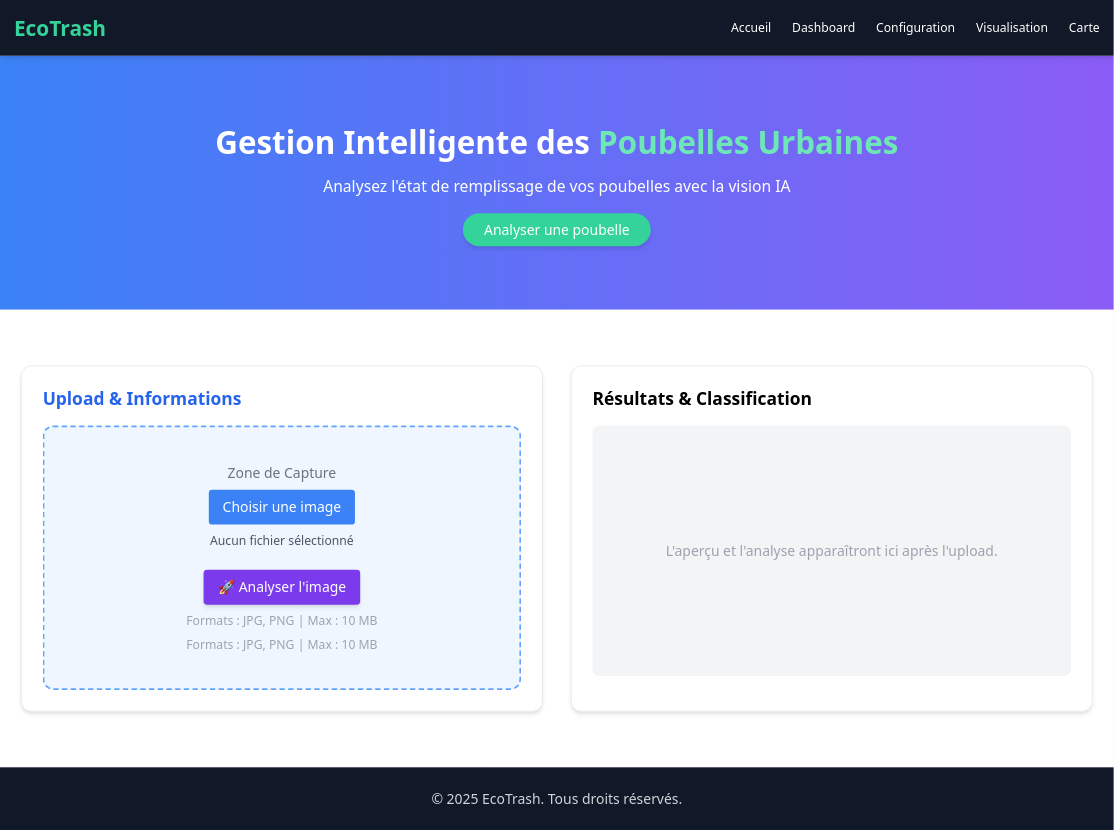
Repository: BaptGBM/MASTERCAMP
Page: http://localhost/
An editor plug-in stored every save of this project. The page is shown before and after the next save, followed by the edit.
The browser window is 1280 px wide. The pictures show the whole page, at 87% of full size.
The page is served by the project's application, run on Flask 3 (app.py). Other server files are loaded and not shown. Queries for data that is not in the repository find no rows.

Above is the page before, as saved 2025-07-08 22:59:11.

### templates/index.html
<!DOCTYPE html>
<html lang="fr">
<head>
  <meta charset="UTF-8" />
  <meta name="viewport" content="width=device-width, initial-scale=1.0" />
  <title>EcoTrash - Analyse des Poubelles</title>
  <link href="https://cdn.jsdelivr.net/npm/tailwindcss@2.2.19/dist/tailwind.min.css" rel="stylesheet">
  <style>
    body {
      scroll-behavior: smooth;
    }
    ::file-selector-button {
      display: none;
    }
  </style>
</head>
<body class="bg-gradient-to-br from-blue-100 to-purple-100 font-sans">
  <!-- HEADER -->
  <header class="bg-gray-900 text-white py-4 shadow-md sticky top-0 z-50">
    <div class="container mx-auto px-4 flex justify-between items-center">
      <h1 class="text-2xl font-bold text-green-400">EcoTrash</h1>
      <nav>
        <ul class="flex gap-6 text-sm">
          <li><a href="{{ url_for('index') }}" class="hover:underline">Accueil</a></li>
          <a href="{{ url_for('dashboard') }}" class="hover:underline">Dashboard</a>
          <li><a href="{{ url_for('config') }}" class="hover:underline">Configuration</a></li>
          <li><a href="{{ url_for('visualisation') }}" class="hover:underline">Visualisation</a></li>
          <li><a href="{{ url_for('map_view') }}" class="hover:underline">Carte</a></li>
        </ul>
      </nav>
    </div>
  </header>

  <!-- HERO ACCUEIL -->
  <section id="accueil" class="py-20 text-center bg-gradient-to-r from-blue-500 to-purple-500 text-white">
    <h2 class="text-4xl font-bold mb-4">Gestion Intelligente des <span class="text-green-300">Poubelles Urbaines</span></h2>
    <p class="text-lg mb-6">Analysez l'état de remplissage de vos poubelles avec la vision IA</p>
    <a href="#upload" class="bg-green-400 text-white px-6 py-2 rounded-full shadow-md hover:bg-green-500 transition">Analyser une poubelle</a>
  </section>

  <!-- ZONE D'UPLOAD ET RÉSULTATS IA -->
  <section id="upload" class="py-16 bg-white">
    <div class="container mx-auto px-6 grid grid-cols-1 md:grid-cols-2 gap-8">
      <!-- Zone de capture -->
      <div class="p-6 border rounded-xl shadow-md">
        <h3 class="text-xl font-semibold mb-4 text-blue-600">Upload & Informations</h3>
        <form action="/" method="POST" enctype="multipart/form-data" onsubmit="return validateLocation();">
            <div class="border-dashed border-2 border-blue-400 rounded-xl p-10 text-center bg-blue-50">
              <p class="mb-2 text-gray-500">Zone de Capture</p>

              <!-- Champ input invisible avec onchange -->
              <input
                type="file"
                name="image"
                id="imageInput"
                accept="image/*"
                required
                class="hidden"
                onchange="updateFileName(this)">

              <!-- Bouton qui déclenche le champ input -->
              <button
                type="button"
                onclick="document.getElementById('imageInput').click();"
                class="bg-blue-500 hover:bg-blue-600 text-white py-2 px-4 rounded mb-2">
                Choisir une image
              </button>

              <!-- Affichage du nom de fichier -->
              <p id="fileName" class="text-sm text-gray-600 mb-4">Aucun fichier sélectionné</p>

              <!-- Carte interactive pour la localisation -->
              <div id="mapContainer" class="my-4 hidden">
                <label class="block text-gray-600 mb-2">Localisation de la poubelle :</label>
                <div id="map" style="height: 300px; border-radius: 12px;"></div>
                <input type="hidden" name="latitude" id="latitudeInput">
                <input type="hidden" name="longitude" id="longitudeInput">
                <p class="text-xs text-gray-400 mt-2">Cliquez sur la carte pour positionner la poubelle.</p>
              </div>

              <!-- Annotation manuelle -->
<div id="annotationChoice" class="hidden mt-4">
    <p class="text-sm text-gray-600 mb-2">Annotation manuelle (optionnelle) :</p>
    <div class="flex flex-wrap gap-4 justify-center mb-6">
        <button type="button" onclick="setAnnotation('pleine')" class="px-4 py-2 bg-red-500 text-white rounded hover:bg-red-600">Pleine</button>
        <button type="button" onclick="setAnnotation('vide')" class="px-4 py-2 bg-green-500 text-white rounded hover:bg-green-600">Vide</button>
        <button type="button" onclick="clearAnnotation()" class="px-4 py-2 bg-purple-500 text-white rounded hover:bg-purple-600">Réinitialiser (IA)</button>
      </div>

  </div>

  <!-- Champ caché pour envoyer l'annotation -->
  <input type="hidden" name="annotation_manual" id="annotationManualInput">

  <!-- Bouton de soumission -->
  <div class="mt-6">
    <button type="submit" class="bg-purple-600 hover:bg-purple-700 text-white py-2 px-4 rounded shadow-md transition">
      🚀 Analyser l'image
    </button>
  </div>

  <p class="text-sm text-gray-400 mt-2">Formats : JPG, PNG | Max : 10 MB</p>


              <p class="text-sm text-gray-400 mt-2">Formats : JPG, PNG | Max : 10 MB</p>
            </div>
          </form>

      </div>

      <div class="p-6 border rounded-xl shadow-md">
        <h3 class="text-xl font-semibold mb-4 text-cyan-600">Résultats & Classification</h3>

        {% if last_image %}
          <div class="space-y-4">
            <img src="{{ url_for('static', filename='uploads/' + last_image.filename) }}" alt="Poubelle" class="w-full rounded shadow-md max-h-64 object-contain">

            <div class="text-sm">
              <p><strong>Nom du fichier :</strong> {{ last_image.filename }}</p>
              <p><strong>Taille :</strong> {{ last_image.file_size }} Ko</p>
              <p><strong>Dimensions :</strong> {{ last_image.width }} x {{ last_image.height }}</p>
              <p><strong>Remplissage estimé :</strong>
                <span class="px-2 py-1 rounded text-white {% if last_image.annotation == 'pleine' %} bg-red-500 {% else %} bg-green-500 {% endif %}">
                  {{ last_image.annotation | capitalize }}
                </span>
              </p>
              <p><strong>Score de confiance :</strong> {{ (last_image.score * 100) | round(1) if last_image.score else 'N/A' }} %</p>
            </div>
          </div>
        {% else %}
          <div class="bg-gray-100 h-72 flex items-center justify-center text-gray-400 rounded-lg">
            <p>L'aperçu et l'analyse apparaîtront ici après l'upload.</p>
          </div>
        {% endif %}
      </div>

  </section>

  <!-- FOOTER -->
  <footer class="bg-gray-900 text-gray-300 py-6 text-center">
    <p>&copy; 2025 EcoTrash. Tous droits réservés.</p>
  </footer>
  <script>
    function clearAnnotation() {
  document.getElementById("annotationManualInput").value = "";

  // Retire l'effet visuel des boutons
  const buttons = document.querySelectorAll("#annotationChoice button");
  buttons.forEach(btn => btn.classList.remove("ring", "ring-4", "ring-offset-2"));
}

    function updateFileName(input) {
      const fileNameDisplay = document.getElementById('fileName');
      const annotationBox = document.getElementById('annotationChoice');
      const mapContainer = document.getElementById('mapContainer');
      if (input.files.length > 0) {
        fileNameDisplay.textContent = "Fichier sélectionné : " + input.files[0].name;
        annotationBox.classList.remove("hidden");
        mapContainer.classList.remove("hidden");
        setTimeout(initMap, 100); // Initialise la carte après affichage
      } else {
        fileNameDisplay.textContent = "Aucun fichier sélectionné";
        annotationBox.classList.add("hidden");
        mapContainer.classList.add("hidden");
      }
    }

    function setAnnotation(value) {
      document.getElementById("annotationManualInput").value = value;

      // Effet visuel : rendre le bouton sélectionné plus visible
      const buttons = document.querySelectorAll("#annotationChoice button");
      buttons.forEach(btn => btn.classList.remove("ring", "ring-4", "ring-offset-2"));

      const selected = Array.from(buttons).find(b => b.textContent.toLowerCase() === value);
      if (selected) {
        selected.classList.add("ring", "ring-4", "ring-offset-2");
      }
    }

    // --- Leaflet.js ---
    let map, marker;
    function initMap() {
      if (map) {
        map.remove();
      }
      // Si coordonnées fournies, centrer la carte dessus
      var defaultLat = {{ last_lat if last_lat is not none else 48.8566 }};
      var defaultLon = {{ last_lon if last_lon is not none else 2.3522 }};
      var hasDefault = {{ 'true' if last_lat and last_lon else 'false' }};
      map = L.map('map').setView([defaultLat, defaultLon], hasDefault ? 16 : 12);
      L.tileLayer('https://{s}.tile.openstreetmap.org/{z}/{x}/{y}.png', {
        attribution: '© OpenStreetMap',
        maxZoom: 19,
      }).addTo(map);

      // Ajout des poubelles existantes
      {% for img in images %}
        {% if img.latitude and img.longitude %}
          L.circleMarker([
            {{ img.latitude }},
            {{ img.longitude }}
          ], {
            color: '{{ "red" if img.annotation == "pleine" else "green" }}',
            radius: 8,
            fillOpacity: 0.8
          }).addTo(map).bindPopup(`{{ img.filename }}<br><span style='color:{{ "red" if img.annotation == "pleine" else "green" }}'>{{ img.annotation|capitalize }}</span>`);
        {% endif %}
      {% endfor %}

      // Si coordonnées fournies, placer le marqueur automatiquement
      if (hasDefault) {
        marker = L.marker([defaultLat, defaultLon], {draggable: true}).addTo(map);
        document.getElementById('latitudeInput').value = defaultLat;
        document.getElementById('longitudeInput').value = defaultLon;
        marker.on('dragend', function(ev) {
          const pos = ev.target.getLatLng();
          document.getElementById('latitudeInput').value = pos.lat;
          document.getElementById('longitudeInput').value = pos.lng;
        });
      }
      // Clic sur la carte pour placer ou déplacer le marqueur
      map.on('click', function(e) {
        const { lat, lng } = e.latlng;
        if (marker) {
          marker.setLatLng([lat, lng]);
        } else {
          marker = L.marker([lat, lng], {draggable: true}).addTo(map);
        }
        document.getElementById('latitudeInput').value = lat;
        document.getElementById('longitudeInput').value = lng;
        marker.on('dragend', function(ev) {
          const pos = ev.target.getLatLng();
          document.getElementById('latitudeInput').value = pos.lat;
          document.getElementById('longitudeInput').value = pos.lng;
        });
      });
    }

    function validateLocation() {
      const lat = document.getElementById('latitudeInput').value;
      const lon = document.getElementById('longitudeInput').value;
      if (!lat || !lon) {
        alert('Merci de positionner la poubelle sur la carte avant de valider.');
        // Optionnel : mettre la carte en surbrillance
        document.getElementById('map').style.boxShadow = '0 0 0 4px #f87171';
        setTimeout(() => {
          document.getElementById('map').style.boxShadow = '';
        }, 1500);
        return false;
      }
      return true;
    }
  </script>
  <link rel="stylesheet" href="https://unpkg.com/leaflet@1.9.4/dist/leaflet.css" />
  <script src="https://unpkg.com/leaflet@1.9.4/dist/leaflet.js"></script>
</body>
</html>

### static/style.css
/* Police Apple - SF Pro Display pour un design Apple */

/* Variables CSS pour la palette écologique moderne */
:root {
  /* Couleurs principales - palette écologique */
  --primary-green: #059669;      /* Vert émeraude principal */
  --primary-green-light: #10b981; /* Vert émeraude clair */
  --primary-green-dark: #047857;  /* Vert émeraude foncé */

  /* Couleurs secondaires - tons naturels */
  --secondary-blue: #0ea5e9;     /* Bleu ciel */
  --secondary-blue-light: #38bdf8; /* Bleu ciel clair */
  --secondary-blue-dark: #0284c7;  /* Bleu ciel foncé */

  /* Couleurs d'accent - terre et nature */
  --accent-orange: #f59e0b;      /* Orange terre */
  --accent-brown: #92400e;       /* Brun terre */
  --accent-sage: #6b7280;        /* Gris sauge */

  /* Couleurs de statut */
  --success-green: #22c55e;      /* Vert succès */
  --warning-amber: #f59e0b;      /* Ambre avertissement */
  --error-red: #ef4444;          /* Rouge erreur */

  /* Couleurs neutres modernes */
  --neutral-50: #fafaf9;
  --neutral-100: #f5f5f4;
  --neutral-200: #e7e5e4;
  --neutral-300: #d6d3d1;
  --neutral-400: #a8a29e;
  --neutral-500: #78716c;
  --neutral-600: #57534e;
  --neutral-700: #44403c;
  --neutral-800: #292524;
  --neutral-900: #1c1917;

  /* Gradients écologiques */
  --gradient-primary: linear-gradient(135deg, var(--primary-green) 0%, var(--secondary-blue) 100%);
  --gradient-secondary: linear-gradient(135deg, var(--neutral-50) 0%, var(--neutral-100) 100%);
  --gradient-hero: linear-gradient(135deg, var(--primary-green) 0%, var(--secondary-blue) 50%, var(--accent-orange) 100%);

  /* Ombres modernes */
  --shadow-sm: 0 1px 2px 0 rgba(0, 0, 0, 0.05);
  --shadow-md: 0 4px 6px -1px rgba(0, 0, 0, 0.1), 0 2px 4px -1px rgba(0, 0, 0, 0.06);
  --shadow-lg: 0 10px 15px -3px rgba(0, 0, 0, 0.1), 0 4px 6px -2px rgba(0, 0, 0, 0.05);
  --shadow-xl: 0 20px 25px -5px rgba(0, 0, 0, 0.1), 0 10px 10px -5px rgba(0, 0, 0, 0.04);

  /* Rayons de bordure */
  --radius-sm: 0.375rem;
  --radius-md: 0.5rem;
  --radius-lg: 0.75rem;
  --radius-xl: 1rem;
  --radius-2xl: 1.5rem;
}

/* Application de la police Barlow */
@import url('https://fonts.googleapis.com/css2?family=Barlow:wght@300;400;500;600;700&display=swap');

* {
  font-family: 'Barlow', -apple-system, BlinkMacSystemFont, 'Segoe UI', Roboto, sans-serif !important;
  font-feature-settings: 'kern' 1, 'liga' 1;
  text-rendering: optimizeLegibility;
  -webkit-font-smoothing: antialiased;
  -moz-osx-font-smoothing: grayscale;
}

/* Force Barlow sur tous les éléments */
body, html, h1, h2, h3, h4, h5, h6, p, span, div, a, button, input, select, textarea, label, th, td, li, ul, ol {
  font-family: 'Barlow', -apple-system, BlinkMacSystemFont, 'Segoe UI', Roboto, sans-serif !important;
}

/* Surcharge spécifique pour Tailwind CSS */
.text-xs, .text-sm, .text-base, .text-lg, .text-xl, .text-2xl, .text-3xl, .text-4xl, .text-5xl, .text-6xl {
  font-family: 'Barlow', -apple-system, BlinkMacSystemFont, 'Segoe UI', Roboto, sans-serif !important;
}

.font-thin, .font-extralight, .font-light, .font-normal, .font-medium, .font-semibold, .font-bold, .font-extrabold, .font-black {
  font-family: 'Barlow', -apple-system, BlinkMacSystemFont, 'Segoe UI', Roboto, sans-serif !important;
}

/* Styles de base modernisés */
body {
  background: var(--gradient-secondary);
  color: var(--neutral-700);
  line-height: 1.6;
  font-weight: 400;
}

/* Header moderne */
.modern-header {
  background: var(--neutral-900);
  backdrop-filter: blur(10px);
  border-bottom: 1px solid var(--neutral-800);
}

.modern-header h1 {
  color: var(--primary-green-light);
  font-weight: 700;
  letter-spacing: -0.025em;
}

.modern-header nav a {
  color: var(--neutral-300);
  font-weight: 500;
  transition: all 0.2s ease;
}

.modern-header nav a:hover {
  color: var(--primary-green-light);
  text-decoration: none;
}

/* Section hero moderne */
.modern-hero {
  background: var(--gradient-hero);
  position: relative;
  overflow: hidden;
}

.modern-hero::before {
  content: '';
  position: absolute;
  top: 0;
  left: 0;
  right: 0;
  bottom: 0;
  background: url('data:[embedded picture, 296 characters]');
  opacity: 0.3;
}

.modern-hero h2 {
  font-weight: 800;
  letter-spacing: -0.025em;
  text-shadow: 0 2px 4px rgba(0, 0, 0, 0.1);
}

.modern-hero p {
  font-weight: 500;
  opacity: 0.9;
}

/* Cartes modernes */
.modern-card {
  background: white;
  border-radius: var(--radius-xl);
  box-shadow: var(--shadow-lg);
  border: 1px solid var(--neutral-200);
  transition: all 0.3s ease;
}

.modern-card:hover {
  box-shadow: var(--shadow-xl);
  transform: translateY(-2px);
}

/* Boutons modernes */
.modern-btn {
  font-weight: 600;
  border-radius: var(--radius-lg);
  transition: all 0.2s ease;
  border: none;
  cursor: pointer;
  display: inline-flex;
  align-items: center;
  gap: 0.5rem;
}

.modern-btn-primary {
  background: var(--primary-green);
  color: white;
  box-shadow: var(--shadow-md);
}

.modern-btn-primary:hover {
  background: var(--primary-green-dark);
  box-shadow: var(--shadow-lg);
  transform: translateY(-1px);
}

.modern-btn-secondary {
  background: var(--secondary-blue);
  color: white;
  box-shadow: var(--shadow-md);
}

.modern-btn-secondary:hover {
  background: var(--secondary-blue-dark);
  box-shadow: var(--shadow-lg);
  transform: translateY(-1px);
}

.modern-btn-success {
  background: var(--success-green);
  color: white;
}

.modern-btn-success:hover {
  background: #16a34a;
}

.modern-btn-warning {
  background: var(--warning-amber);
  color: white;
}

.modern-btn-warning:hover {
  background: #d97706;
}

.modern-btn-error {
  background: var(--error-red);
  color: white;
}

.modern-btn-error:hover {
  background: #dc2626;
}

/* Badges de statut modernes */
.modern-badge {
  font-weight: 600;
  font-size: 0.875rem;
  padding: 0.375rem 0.75rem;
  border-radius: var(--radius-md);
  display: inline-flex;
  align-items: center;
  gap: 0.25rem;
}

.modern-badge-full {
  background: #fef2f2;
  color: var(--error-red);
  border: 1px solid #fecaca;
}

.modern-badge-empty {
  background: #f0fdf4;
  color: var(--success-green);
  border: 1px solid #bbf7d0;
}

/* Formulaires modernes */
.modern-input {
  border: 2px solid var(--neutral-200);
  border-radius: var(--radius-lg);
  padding: 0.75rem 1rem;
  font-weight: 500;
  transition: all 0.2s ease;
  background: white;
}

.modern-input:focus {
  outline: none;
  border-color: var(--primary-green);
  box-shadow: 0 0 0 3px rgba(5, 150, 105, 0.1);
}

.modern-select {
  border: 2px solid var(--neutral-200);
  border-radius: var(--radius-lg);
  padding: 0.75rem 1rem;
  font-weight: 500;
  background: white;
  cursor: pointer;
}

.modern-select:focus {
  outline: none;
  border-color: var(--primary-green);
  box-shadow: 0 0 0 3px rgba(5, 150, 105, 0.1);
}

/* Tableaux modernes */
.modern-table {
  background: white;
  border-radius: var(--radius-xl);
  overflow: hidden;
  box-shadow: var(--shadow-lg);
  border: 1px solid var(--neutral-200);
}

.modern-table thead {
  background: var(--neutral-50);
}

.modern-table th {
  font-weight: 600;
  color: var(--neutral-700);
  padding: 1rem;
  text-align: left;
}

.modern-table td {
  padding: 1rem;
  border-top: 1px solid var(--neutral-200);
}

.modern-table tbody tr:hover {
  background: var(--neutral-50);
}

/* Footer moderne */
.modern-footer {
  background: var(--neutral-900);
  color: var(--neutral-400);
  font-weight: 500;
}

/* Animations et transitions */
.fade-in {
  animation: fadeIn 0.6s ease-out;
}

@keyframes fadeIn {
  from {
    opacity: 0;
    transform: translateY(20px);
  }
  to {
    opacity: 1;
    transform: translateY(0);
  }
}

.slide-up {
  animation: slideUp 0.6s ease-out;
}

@keyframes slideUp {
  from {
    opacity: 0;
    transform: translateY(30px);
  }
  to {
    opacity: 1;
    transform: translateY(0);
  }
}

/* Indicateurs écologiques */
.eco-indicator {
  background: var(--gradient-primary);
  color: white;
  border-radius: var(--radius-xl);
  padding: 1.5rem;
  text-align: center;
  box-shadow: var(--shadow-lg);
}

.eco-indicator h3 {
  font-weight: 700;
  margin-bottom: 0.5rem;
}

.eco-indicator p {
  font-weight: 500;
  opacity: 0.9;
}

/* Responsive design amélioré */
@media (max-width: 768px) {
  .modern-hero h2 {
    font-size: 2rem;
  }

  .modern-card {
    margin: 1rem;
  }

  .modern-header nav {
    flex-direction: column;
    gap: 0.5rem;
  }
}

/* Accessibilité améliorée */
@media (prefers-reduced-motion: reduce) {
  * {
    animation-duration: 0.01ms !important;
    animation-iteration-count: 1 !important;
    transition-duration: 0.01ms !important;
  }
}

/* Mode sombre (optionnel) */
@media (prefers-color-scheme: dark) {
  :root {
    --neutral-50: #1c1917;
    --neutral-100: #292524;
    --neutral-200: #44403c;
  }
}

Loaded but not shown: app.py (572 lines, source omitted)

After the next save:
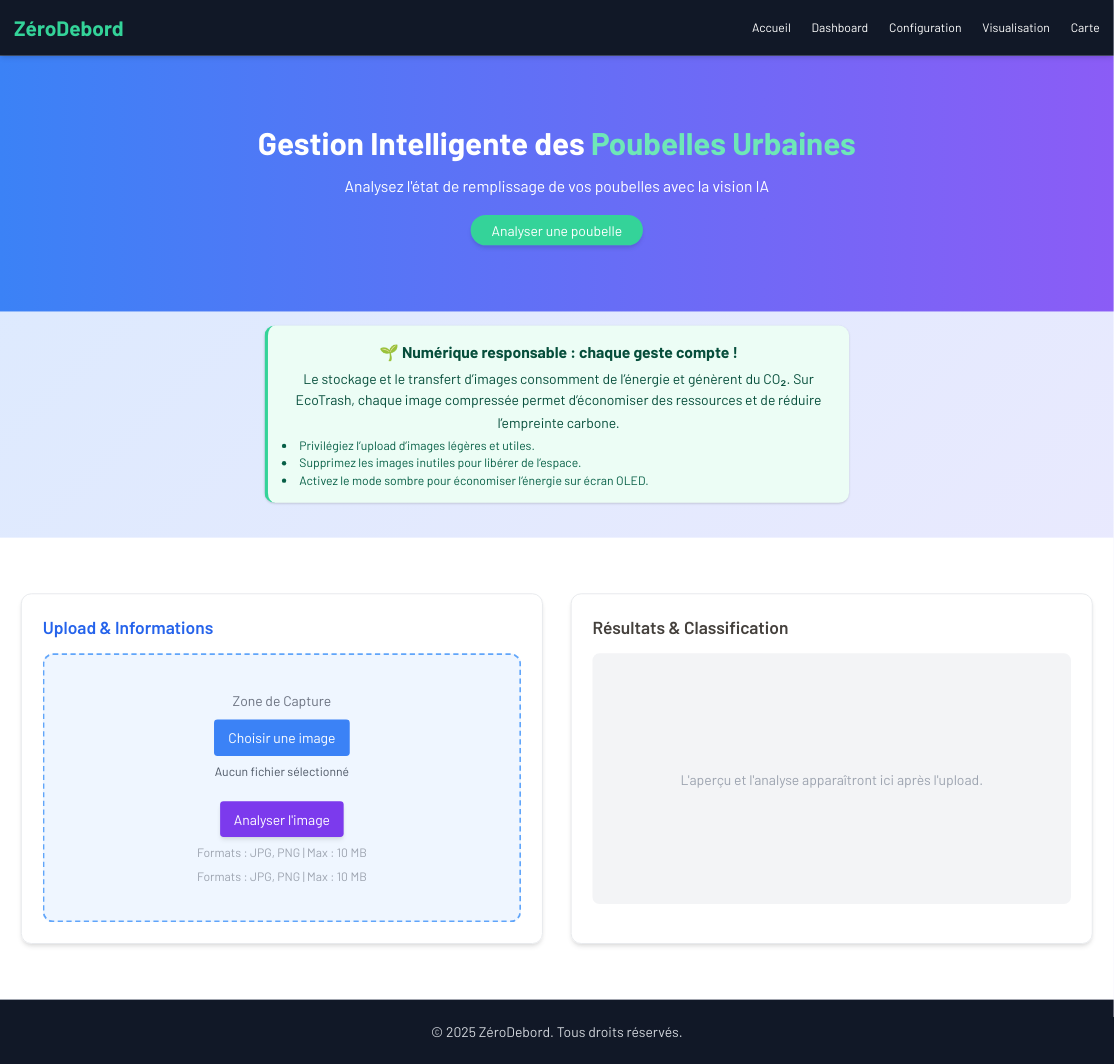
Saved 9 min 54 s later.
--- a/templates/index.html
+++ b/templates/index.html
@@ -3,10 +3,13 @@
 <head>
   <meta charset="UTF-8" />
   <meta name="viewport" content="width=device-width, initial-scale=1.0" />
-  <title>EcoTrash - Analyse des Poubelles</title>
+  <title>ZéroDebord - Analyse des Poubelles</title>
+  <link href="https://fonts.googleapis.com/css2?family=Barlow:wght@300;400;500;600;700&display=swap" rel="stylesheet">
   <link href="https://cdn.jsdelivr.net/npm/tailwindcss@2.2.19/dist/tailwind.min.css" rel="stylesheet">
+  <link rel="stylesheet" href="{{ url_for('static', filename='style.css') }}">
   <style>
     body {
+      font-family: 'Barlow', -apple-system, BlinkMacSystemFont, 'Segoe UI', Roboto, sans-serif;
       scroll-behavior: smooth;
     }
     ::file-selector-button {
@@ -14,11 +17,11 @@
     }
   </style>
 </head>
-<body class="bg-gradient-to-br from-blue-100 to-purple-100 font-sans">
+<body class="bg-gradient-to-br from-blue-100 to-purple-100">
   <!-- HEADER -->
   <header class="bg-gray-900 text-white py-4 shadow-md sticky top-0 z-50">
     <div class="container mx-auto px-4 flex justify-between items-center">
-      <h1 class="text-2xl font-bold text-green-400">EcoTrash</h1>
+      <a href="{{ url_for('index') }}" class="text-2xl font-bold text-green-400 hover:text-green-300 transition-colors duration-200 no-underline">ZéroDebord</a>
       <nav>
         <ul class="flex gap-6 text-sm">
           <li><a href="{{ url_for('index') }}" class="hover:underline">Accueil</a></li>
@@ -38,6 +41,18 @@
     <a href="#upload" class="bg-green-400 text-white px-6 py-2 rounded-full shadow-md hover:bg-green-500 transition">Analyser une poubelle</a>
   </section>
 
+  <section class="py-4 text-center">
+    <div class="max-w-2xl mx-auto bg-green-50 border-l-4 border-green-400 text-green-900 p-4 rounded-xl shadow mb-6">
+      <h3 class="font-bold text-lg mb-1">🌱 Numérique responsable&nbsp;: chaque geste compte !</h3>
+      <p class="mb-1">Le stockage et le transfert d’images consomment de l’énergie et génèrent du CO₂. Sur EcoTrash, chaque image compressée permet d’économiser des ressources et de réduire l’empreinte carbone.</p>
+      <ul class="list-disc list-inside text-left text-green-800 text-sm">
+        <li>Privilégiez l’upload d’images légères et utiles.</li>
+        <li>Supprimez les images inutiles pour libérer de l’espace.</li>
+        <li>Activez le mode sombre pour économiser l’énergie sur écran OLED.</li>
+      </ul>
+    </div>
+  </section>
+
   <!-- ZONE D'UPLOAD ET RÉSULTATS IA -->
   <section id="upload" class="py-16 bg-white">
     <div class="container mx-auto px-6 grid grid-cols-1 md:grid-cols-2 gap-8">
@@ -95,7 +110,7 @@
   <!-- Bouton de soumission -->
   <div class="mt-6">
     <button type="submit" class="bg-purple-600 hover:bg-purple-700 text-white py-2 px-4 rounded shadow-md transition">
-      🚀 Analyser l'image
+      Analyser l'image
     </button>
   </div>
 
@@ -113,7 +128,9 @@
 
         {% if last_image %}
           <div class="space-y-4">
-            <img src="{{ url_for('static', filename='uploads/' + last_image.filename) }}" alt="Poubelle" class="w-full rounded shadow-md max-h-64 object-contain">
+            <a href="{{ url_for('image_detail', image_id=last_image.id) }}">
+                <img src="{{ url_for('static', filename='uploads/' + last_image.filename) }}" alt="Poubelle" class="w-full rounded shadow-md max-h-64 object-contain hover:scale-105 transform transition duration-300">
+              </a>
 
             <div class="text-sm">
               <p><strong>Nom du fichier :</strong> {{ last_image.filename }}</p>
@@ -138,7 +155,7 @@
 
   <!-- FOOTER -->
   <footer class="bg-gray-900 text-gray-300 py-6 text-center">
-    <p>&copy; 2025 EcoTrash. Tous droits réservés.</p>
+    <p>&copy; 2025 ZéroDebord. Tous droits réservés.</p>
   </footer>
   <script>
     function clearAnnotation() {
